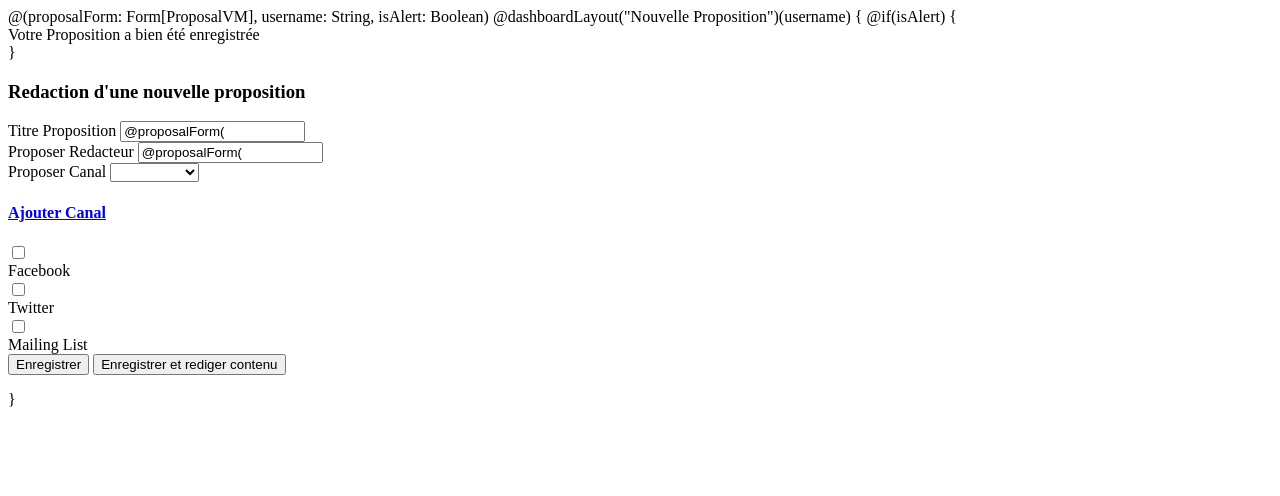
Repository: spirale-software/labo_master
Page: Application/oneDotCom/app/views/proposalForm.scala.html
These files come from the project's save history. The page is drawn as it stood at one moment and after the next save; the edit follows.
The browser window is 1280 px wide. The pictures show the whole page.

Above is the page before, as saved 2017-04-03 00:10:17.

After the next save:
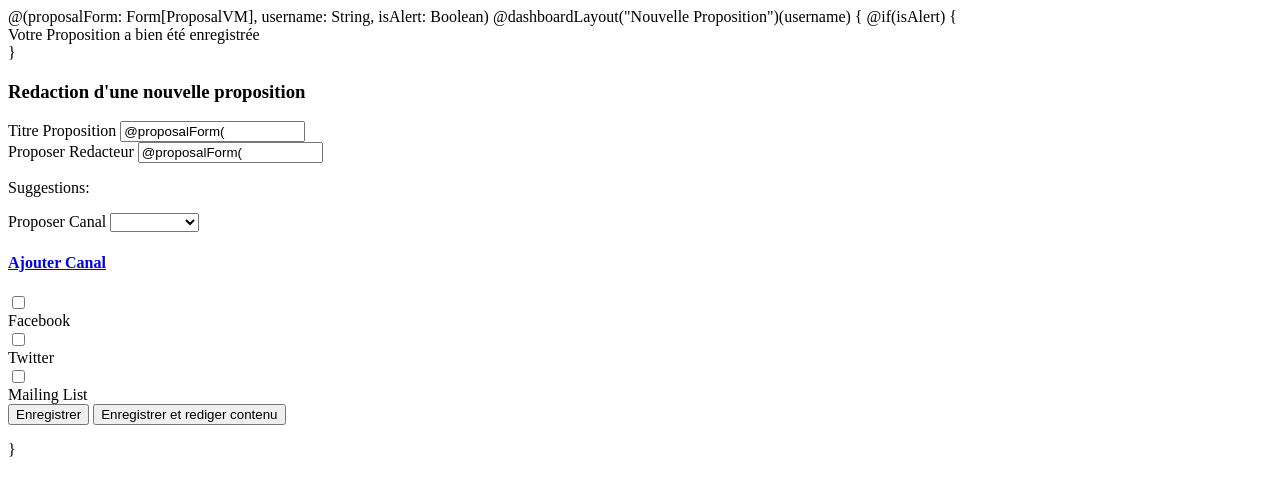
Saved 38 s later.
--- a/Application/oneDotCom/app/views/proposalForm.scala.html
+++ b/Application/oneDotCom/app/views/proposalForm.scala.html
@@ -23,6 +23,10 @@
                         <input type="text" class="form-control" name="@proposalForm("proposedWriter").name"
                         	value="@proposalForm("proposedWriter").value" placeholder="Redacteur" onkeyup="showHint(this.value)">
                     </div>
+
+                    <p>Suggestions: <span id="txtHint"></span></p>
+
+
                     <div class="form-group">
                         <label for="inputCanal">Proposer Canal</label>
                         <select id="inputCanal" class="form-control" name="@proposalForm("proposedChannel").name" >
